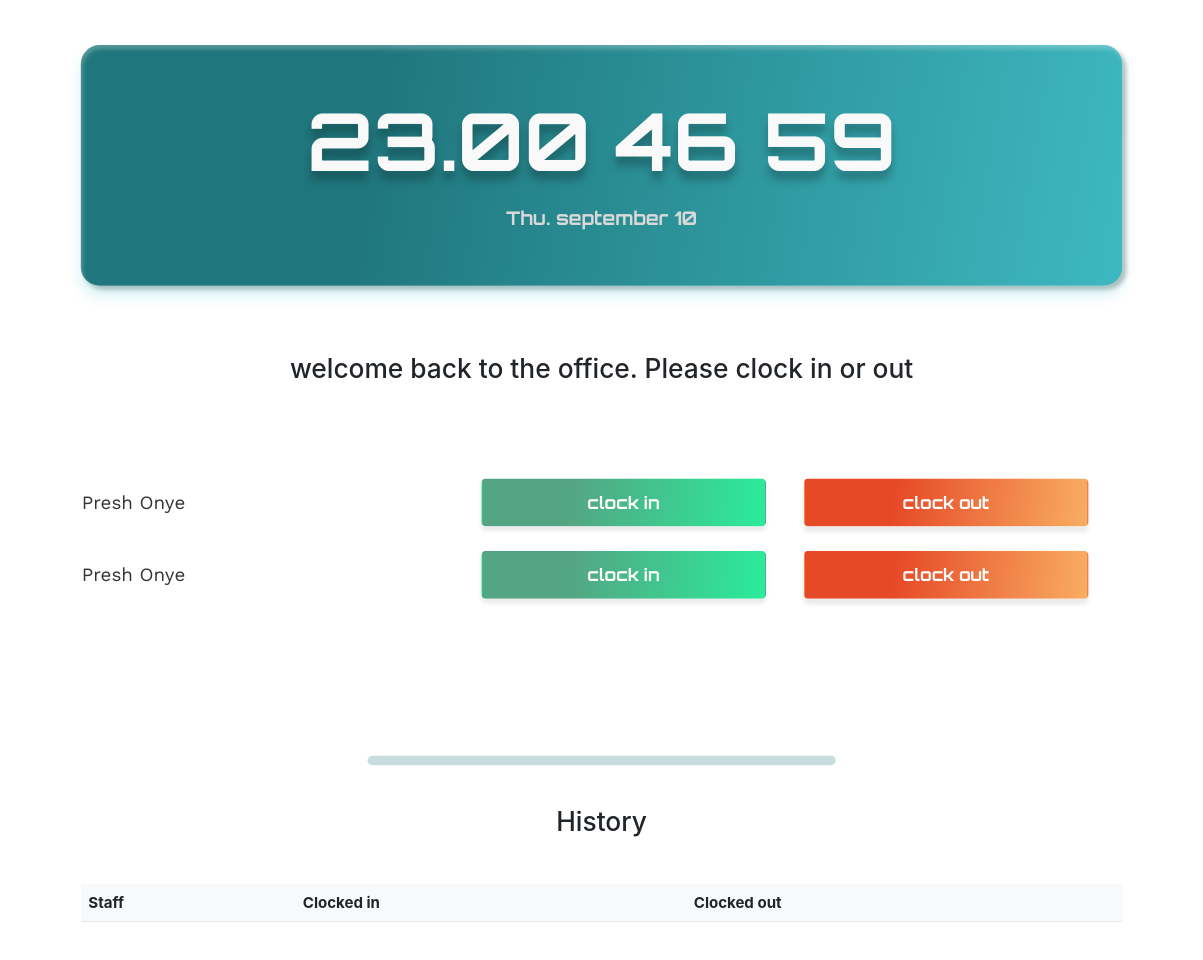
Repository: giprim/clocker
Page: /
An editor plug-in stored every save of this project. The page is shown before and after the next save, followed by the edit.
The browser window is 1280 px wide. The pictures show the whole page, at 94% of full size.
The project was rebuilt for these pictures with package versions that can differ from the ones it lists, and the page was loaded fresh each time.

Above is the page before, as saved 2020-09-11 00:09:29.

After the next save:
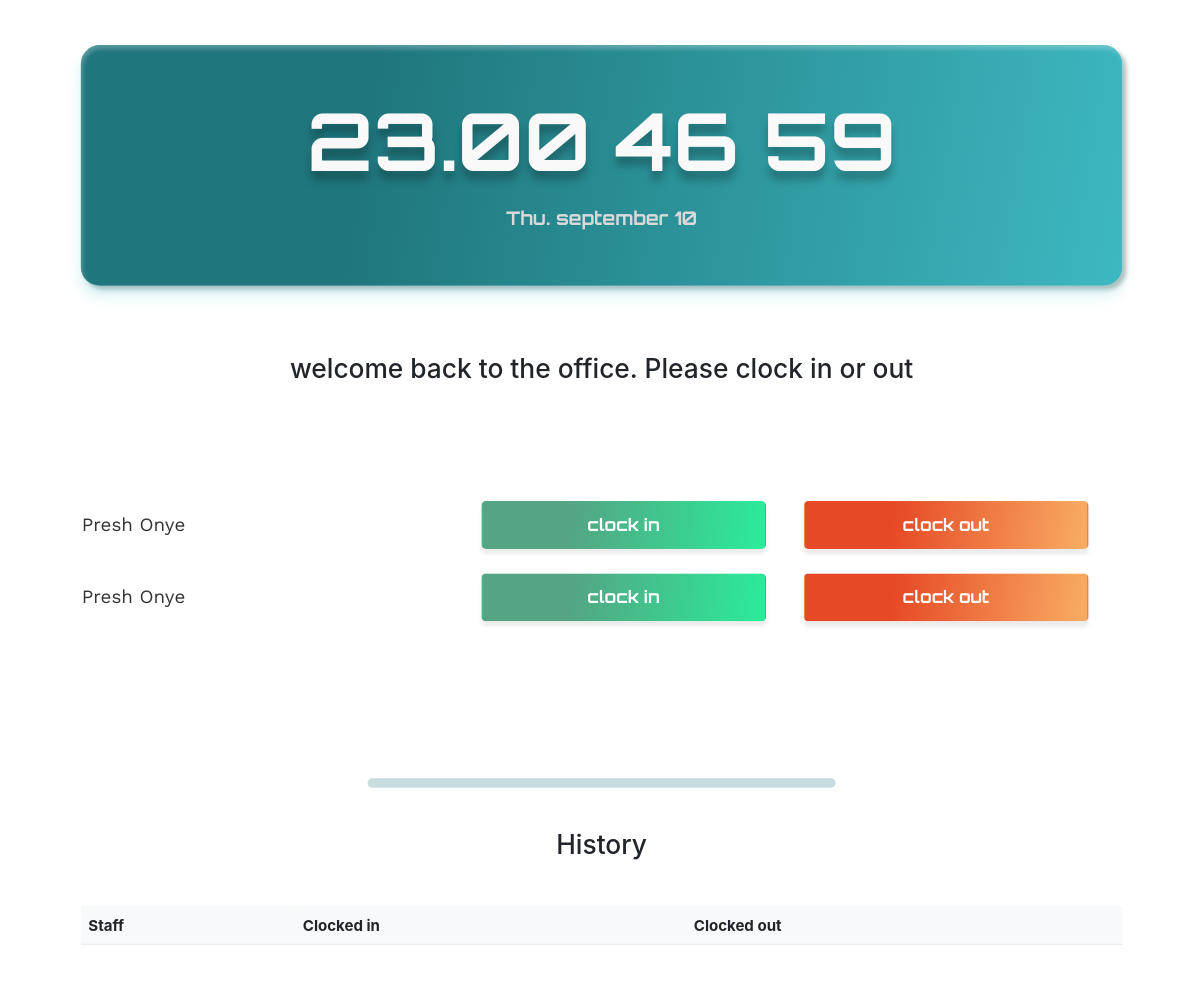
Saved 24 s later.
--- a/src/App.css
+++ b/src/App.css
@@ -77,7 +77,8 @@ table {
   width: 100%;
 }
 
-table tr td {
+th,
+td {
   padding-top: 25px;
 }
 
